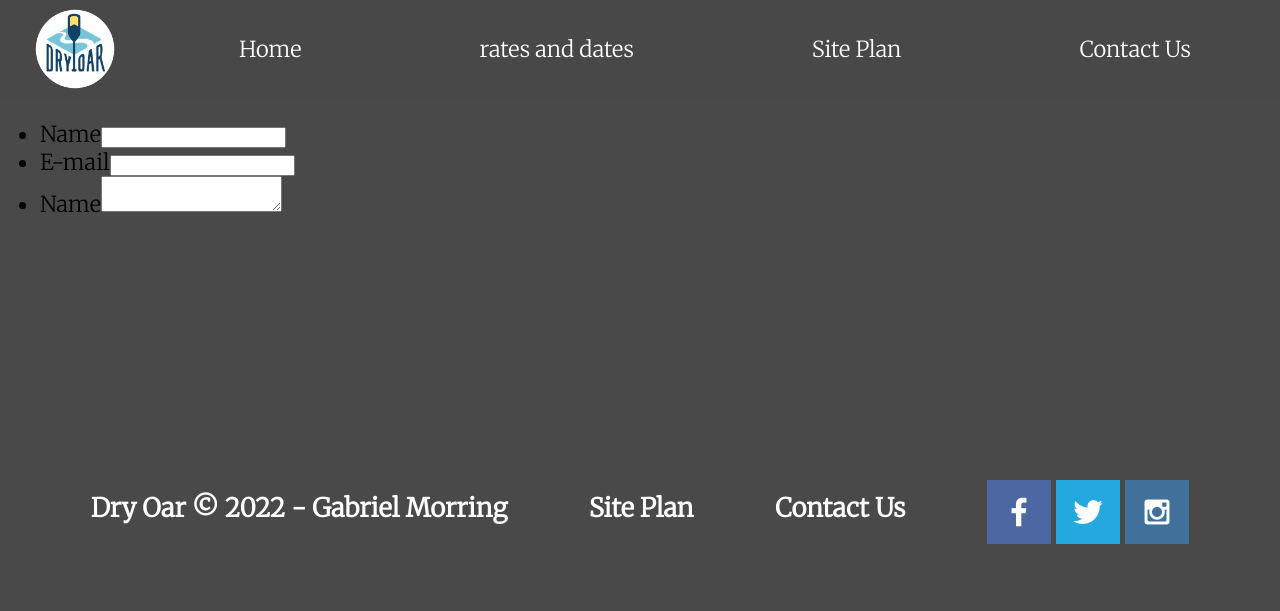
Repository: GabrielMorring/wdd130
Page: wwr/contactus.html
The author's editor kept a copy of each file at every save. The page is drawn from the files as they stood at one save, then again after the next save.
The browser window is 1280 px wide. The pictures show the whole page.
Some web fonts or font styles are not loaded; a fallback is used.

Above is the page before, as saved 2022-06-21 10:14:48.

After the next save:
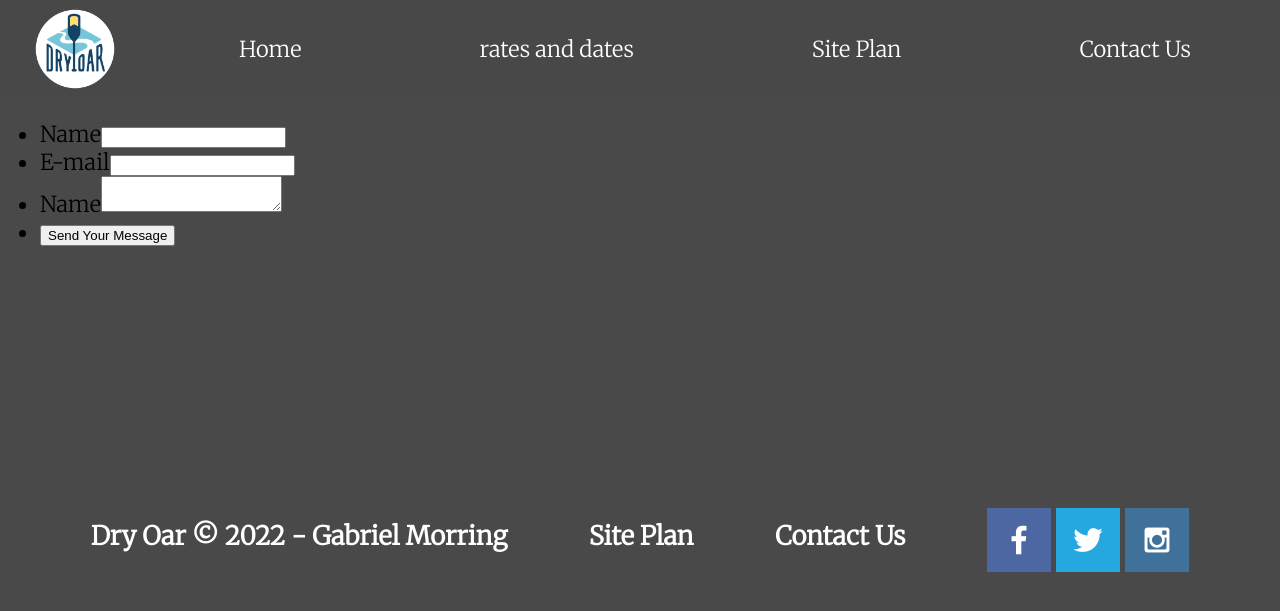
Saved 11 min 2 s later.
--- a/wwr/contactus.html
+++ b/wwr/contactus.html
@@ -36,6 +36,9 @@
               <label for="msg">Name</label
               ><textarea name="user_message" id="msg"></textarea>
             </li>
+            <li class="button">
+              <button type="submit">Send Your Message</button>
+            </li>
           </ul>
         </form>
       </main>
